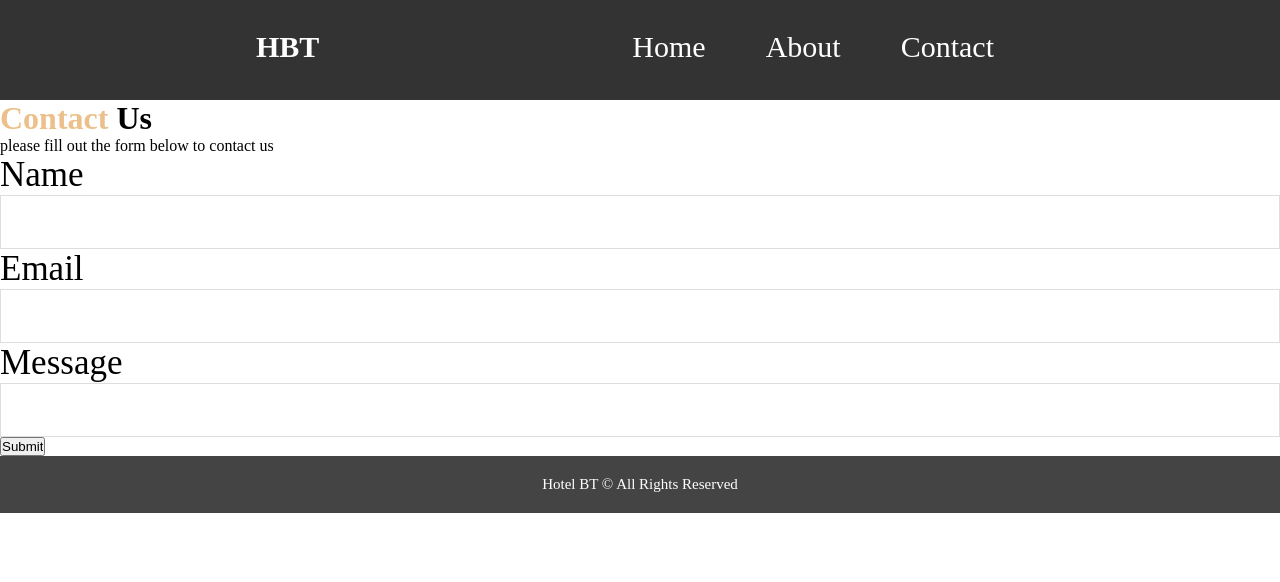
Repository: reemoon-ctrl/hotel-website
Page: 35 - hotel-website/contact.html
These files come from the project's save history. The page is drawn as it stood at one moment and after the next save; the edit follows.
The browser window is 1280 px wide. The pictures show the whole page.

Above is the page before, as saved 2024-07-22 09:37:40.

### 35 - hotel-website/contact.html
<!DOCTYPE html>
<html lang="en">
<head>
    <meta charset="UTF-8">
    <meta name="viewport" content="width=device-width, initial-scale=1.0">
    <title>HBT | Hotel Website</title>
    <link rel="stylesheet" href="index.css"/>
</head>
<body>
    <header>
        <ul class="nav-bar">
            <li class="title"><a href="index.html">HBT</a></li>
            <div class="bag-nav-row" >
            <li class="bag-nav"><a href=" ">Contact</a></li>
            <li class="bag-nav"><a href="">About</a></li>
            <li class="bag-nav"><a href="index.html">Home</a></li>
            </div>
        </ul>
    </header>

    <main>
        <div>
            <form action="#">
                <h1><span class="fword">Contact </span>Us</h1>
                <p>please fill out the form below to contact us</p>
                <div class="form-label">
                    <label for="name">Name</label>
                    <input type="text">

                </div>
                <div class="form-label">
                    <label for="Email">Email</label>
                    <input type="text">
                </div>
                <div class="form-label">
                    <label for="Message">Message</label>
                    <input type="text">

                </div>
                <input type="submit">
            </form>
        </div>

    </main>

    <footer>
        <p>Hotel BT &copy; All Rights Reserved</p>

    </footer>

</body>
</html>

### 35 - hotel-website/index.css
*{
    padding: 0px;
    margin: 0px;
    box-sizing: border-box;

}
.nav-bar{
    list-style:none;
    overflow: auto;
    /* clear:both; */
    background: #333333;
    font-size: 20px;
    text-align: center;
    height: 100px;

}

.bag-nav-row{
    margin-right: 20%;
}
.title{
    float: left;
    margin-left: 20%;
    font-weight: bold;
    font-size:30px ;

    text-align: center;
    padding:30px 0px;

}
.title  a{
    text-decoration: none;
    color:#fff
}


.bag-nav{
    float: right;
    font-size: 30px;

}
.bag-nav-row li a{
    text-decoration: none;
    padding: 30px 30px 30px 30px;
    display: inline-block;
    color: #fff;
}

.bag-nav-row li a:hover{
    background: #444444;
    color:#ecc08a;
}
.bag-nav-row li a:active{
    background: #444444;
    color:#ecc08a;
}


.mainheader{
     background-image: url("img/showcase.jpg")  ;
   /* background-size:cover;


    height: 600px; */


  background-color: #cccccc;
  height: 600px;
  background-position: center;
  background-repeat: no-repeat;
  background-size: cover;
  position: relative;
}
.mainheadertxt{
    margin: auto;
    top:50%;
    position:relative;
    text-align: center;
    /* margin-top: 20px; */
    color:#fff;
}
.mainheadertxt h3{
    font-size:xx-large;

}

.mainheadertxt p{
    margin:20px;
}
.mainheadertxt a{
    position:relative;
    display: block;
    width: fit-content;
    background: #444444;
    text-decoration:none ;
    color: #fff;
    top:50%;
    margin:auto;


    padding: 20px;
}
.fword{
    color:#ecc08a
}
.main-content{
    width:100%;
    height:300px;
    overflow: auto;
    background: #444444;
    color: #fff;
}
.hotelimg{
    width:50%;
    float:left;
    height:300px;

}
.hotel-disc{
    width:50%;
    float:right;
    text-align: center;
    /* margin-top:px; */
    line-height: 1.5;
    padding:20px;

}
.hotel-disc h3{
    font-size: xx-large;
    margin-bottom: 20px;
}
.hotel-disc a{
    position:relative;
    display: block;
    width: fit-content;

    text-decoration:none ;
    color: #333333;
    padding: 15px;
    margin:auto;
    margin-top: 20px;
    background: #fff;

}

.aside-bar{
    height: 300px;
    overflow: auto;
    clear:both;

}
.ul{
    list-style: none;
    text-align: center;
    margin:auto;
    height:300px;
}
.fli{
    padding: 60px;
    margin: auto;
    float: left;
    width:33%;
    height: 300px;
    padding: 90px 20px;
}
.fli h4{
    font-size: 25px;
    margin-bottom: 20px;
}
.sli h4{
    font-size: 25px;
    margin-bottom: 20px;
}
.thli h4{
    font-size: 25px;
    margin-bottom: 20px;
}
.sli{
    float:left;
    width:33%;
    background-color:#ecc08a;
    height: 300px;
    padding: 90px 20px;

}
.thli{
    float:right;
    width:33%;
    height: 300px;
    margin: auto;
    height: 300px;
    padding: 90px 20px;
}

footer p{
    text-align: center;
    font-size: 15px;
    color: #fff;
    background: #444444;
    padding: 20px;
}
/* ///////////////about website////////////////// */
.s-header{
    overflow: auto;
    clear: both;
    margin: auto;
    margin: 50px 20%;
    /* height: 500px; */
}
.header-content{
    float:left;
    width:40%;

}
.header-content h1{
    font-size: 50px;
}
.header-content p{
    font-size: 28px;
    margin-top: 20px;
    line-height: 1.3;
}
.hotel-img2{
    height:400px;
    width: 40%;
    float: right;
    border-radius:50%;
}
.comment{
    overflow: auto;
    background:#ecc08a;
    margin: 20px 20%;
    border-radius: 20px;

}
.aside-content{
    background-image: url(img/test-bg.jpg) ;
    background-color: #cccccc;
    height:900px;
    background-position: center;
    background-repeat: no-repeat;
    background-size: cover;
    position: relative;
    width: 100%;



}
.aside-content h1{
    margin: 20px 20%;
    text-align: center;
    color: #FFF;
    font-size: 50px;
    padding-top: 100px;
    padding-bottom: 50px;

}
.comment img{
    padding-top: 30px;
width:200px ;
height:200px ;
border-radius: 200px;
float: left;
padding-right: 20px;
padding-left: 20px;
margin-bottom: 50px;
}
.comment p{
padding-top: 70px;
font-size: 28px;
color: #333333;


}
/* ///////////////about style///////////// */
.form-label label{
    display: block;

}
.form-label input{
    width:100%;
    padding:10px;
    font-size: 28px;
    border:#ddd solid 1px;

}
.form-label{
    font-size: 35px;
    margin-top:  ;
}

After the next save:
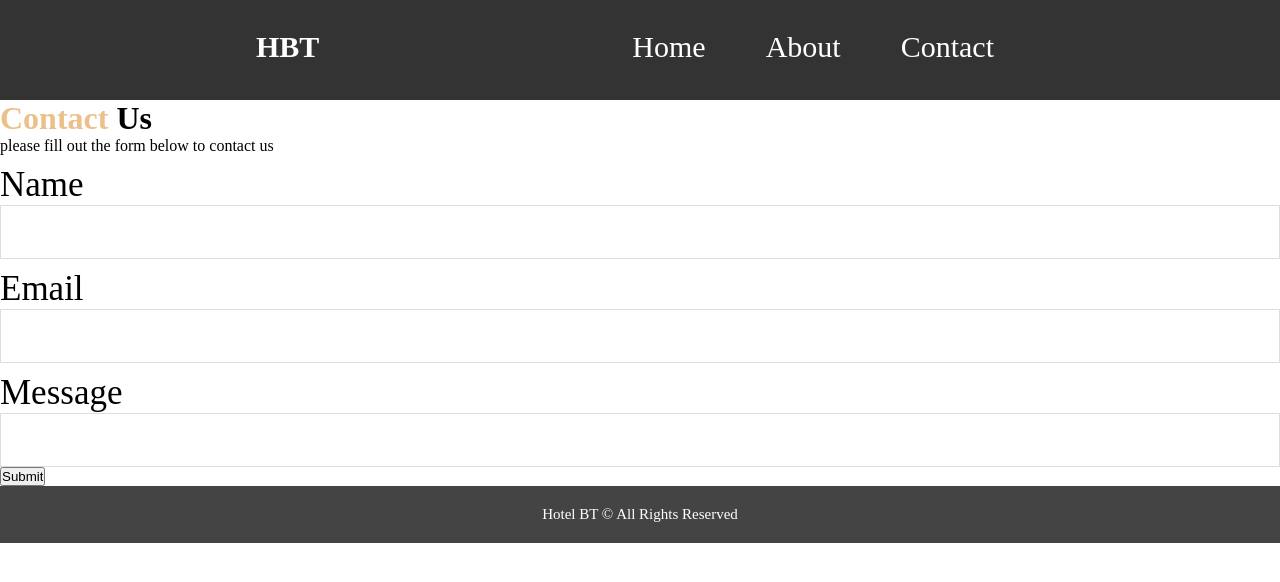
Saved 4 s later.
--- a/35 - hotel-website/index.css
+++ b/35 - hotel-website/index.css
@@ -286,5 +286,5 @@
 }
 .form-label{
     font-size: 35px;
-    margin-top:  ;
-}
+    margin-top: 10px ;
+}

After the save that followed:
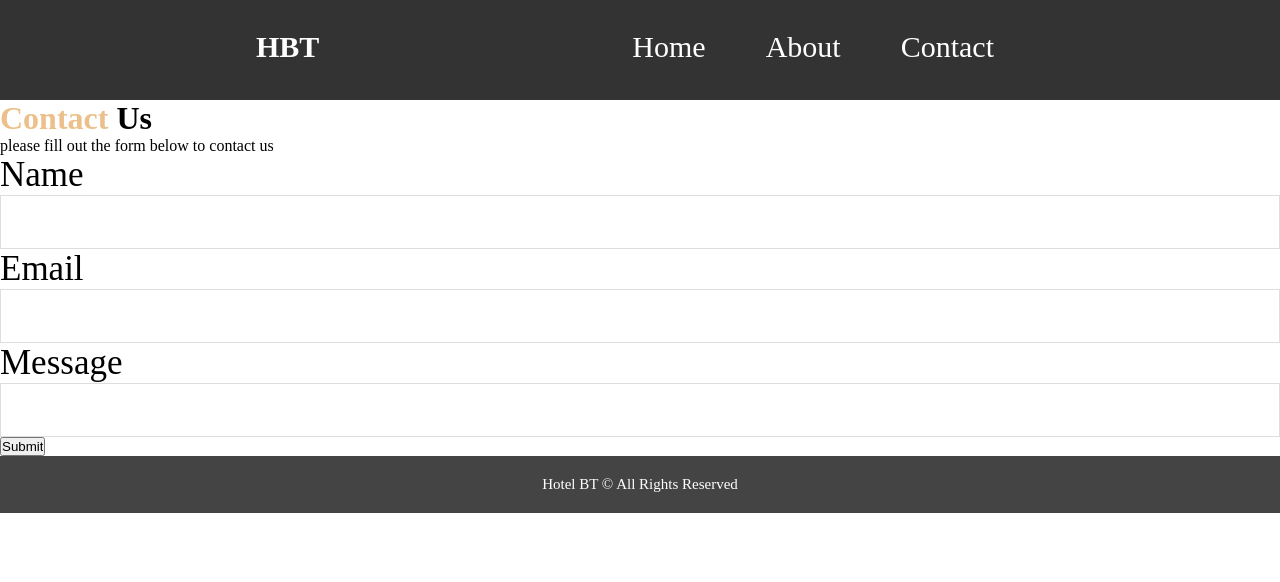
Saved 5 s later.
--- a/35 - hotel-website/index.css
+++ b/35 - hotel-website/index.css
@@ -286,5 +286,5 @@
 }
 .form-label{
     font-size: 35px;
-    margin-top: 10px ;
-}
+    margin-top: 1 ;
+}
